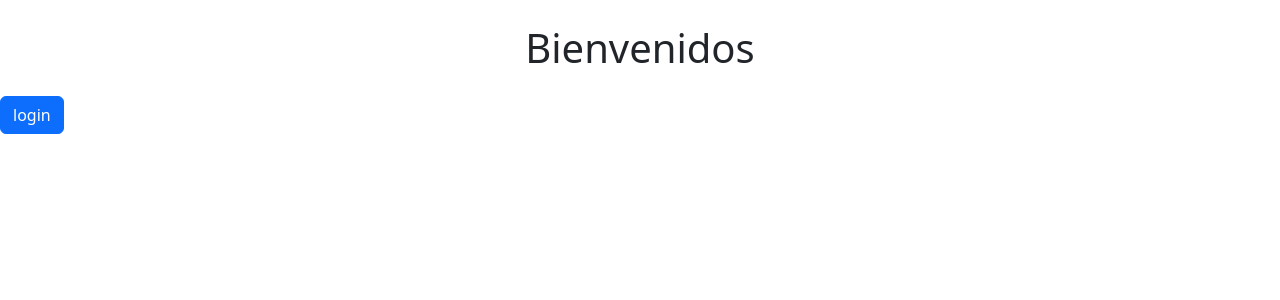
Repository: BolivarCaro/ecenviosweb
Page: sprindbootecenvios/src/main/resources/static/index.html
The author's editor kept a copy of each file at every save. The page is drawn from the files as they stood at one save, then again after the next save.
The browser window is 1280 px wide. The pictures show the whole page.

Above is the page before, as saved 2024-07-10 05:05:58.

After the next save:
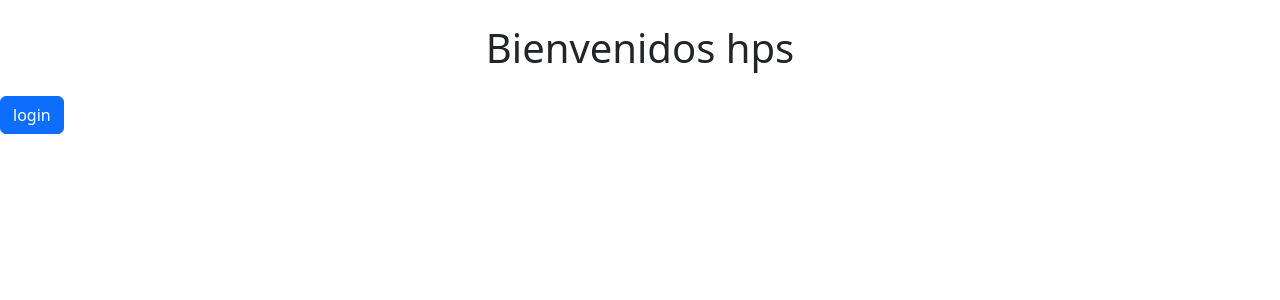
Saved 77 s later.
--- a/sprindbootecenvios/src/main/resources/static/index.html
+++ b/sprindbootecenvios/src/main/resources/static/index.html
@@ -7,7 +7,7 @@
     <link href="https://cdn.jsdelivr.net/npm/bootstrap@5.3.3/dist/css/bootstrap.min.css" rel="stylesheet" integrity="sha384-QWTKZyjpPEjISv5WaRU9OFeRpok6YctnYmDr5pNlyT2bRjXh0JMhjY6hW+ALEwIH" crossorigin="anonymous">
   </head>
   <body>
-	<h1 class="text-center my-4">Bienvenidos</h1>
+	<h1 class="text-center my-4">Bienvenidos hps</h1>
 	<button type="button" class="btn btn-primary" onclick="window.location.href='/record'">login</button>
 
     <script src="https://cdn.jsdelivr.net/npm/bootstrap@5.3.3/dist/js/bootstrap.bundle.min.js" integrity="sha384-YvpcrYf0tY3lHB60NNkmXc5s9fDVZLESaAA55NDzOxhy9GkcIdslK1eN7N6jIeHz" crossorigin="anonymous"></script>
